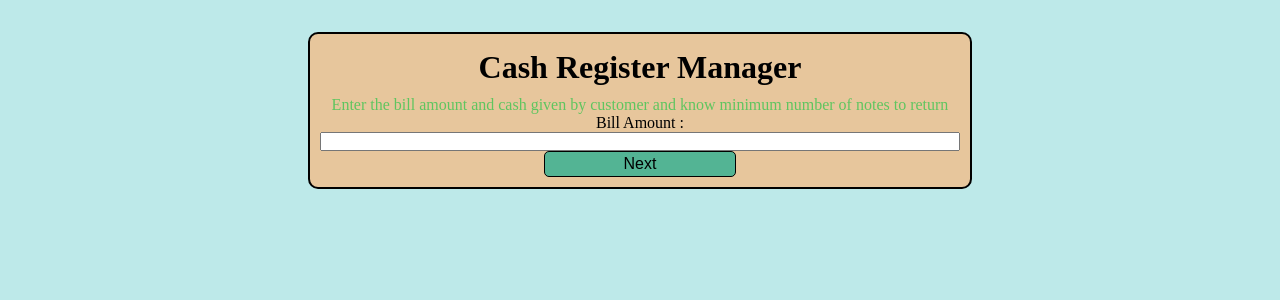
Repository: patelamancode/Cash-register-manager-app
Page: index.html
These files come from the project's save history. The page is drawn as it stood at one moment and after the next save; the edit follows.
The browser window is 1280 px wide. The pictures show the whole page.

Above is the page before, as saved 2022-11-18 15:50:48.

After the next save:
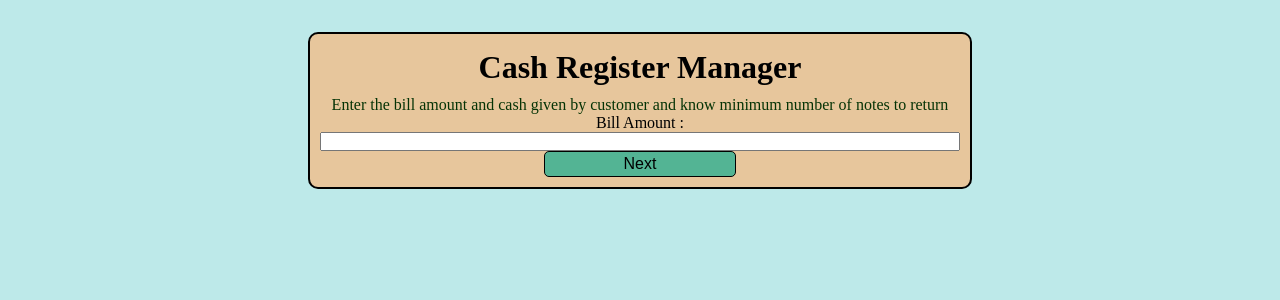
Saved 6 s later.
--- a/index.css
+++ b/index.css
@@ -27,7 +27,7 @@ h1{
 
 #description{
     font-size: 1rem;
-    color: rgb(95, 197, 95);
+    color: rgb(5, 51, 5);
 }
 
 button{
